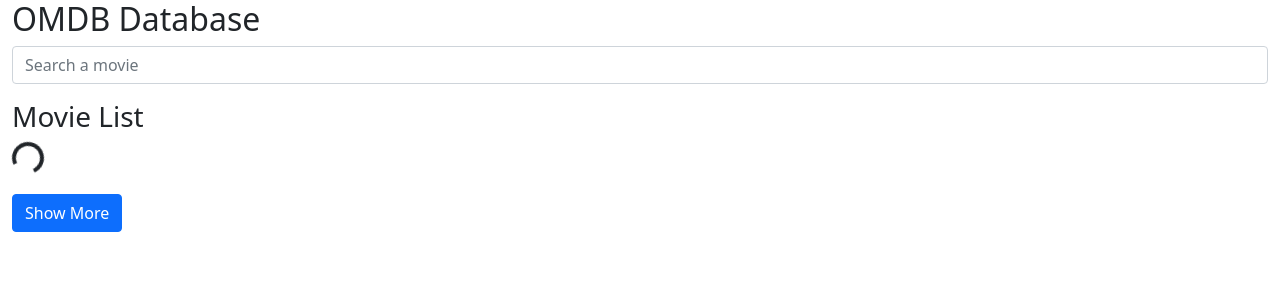
Repository: anirudhbichal/OMDBList
Page: /
These files come from the project's save history. The page is drawn as it stood at one moment and after the next save; the edit follows.
The browser window is 1280 px wide. The pictures show the whole page.
The page's requests for data from a server got no answer. The project was rebuilt for these pictures with package versions that can differ from the ones it lists, and the page was loaded fresh each time. No one was signed in, and anything a server would have sent is missing. Also part of the build but not shown: src/App.css, src/components/MovieList.js.

Above is the page before, as saved 2022-01-16 23:59:47.

After the next save:
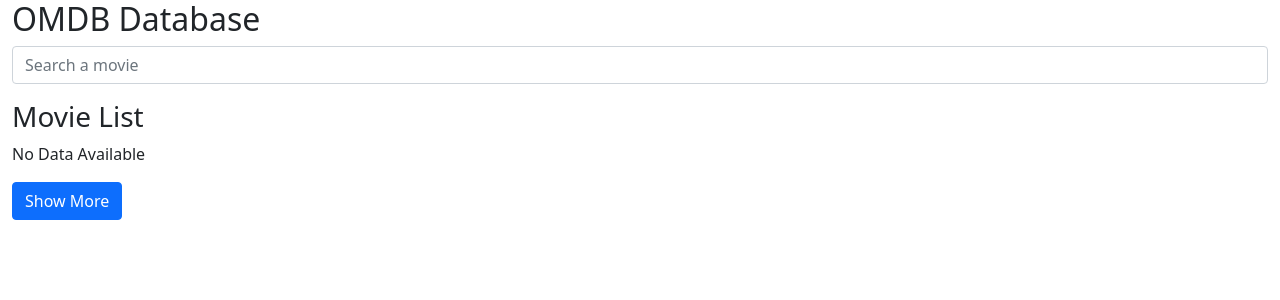
Saved 20 s later.
--- a/src/App.js
+++ b/src/App.js
@@ -6,7 +6,7 @@
 import MovieList from './components/MovieList';
 
 function App() {
-  const [searchvalue, setsearchvalue] = useState('fast');
+  const [searchvalue, setsearchvalue] = useState('');
   const [movies, setMovies] = useState([]);
   const [loading, setLoading] = useState(false);
   const [pageNumber, setpageNumber] = useState(1);
